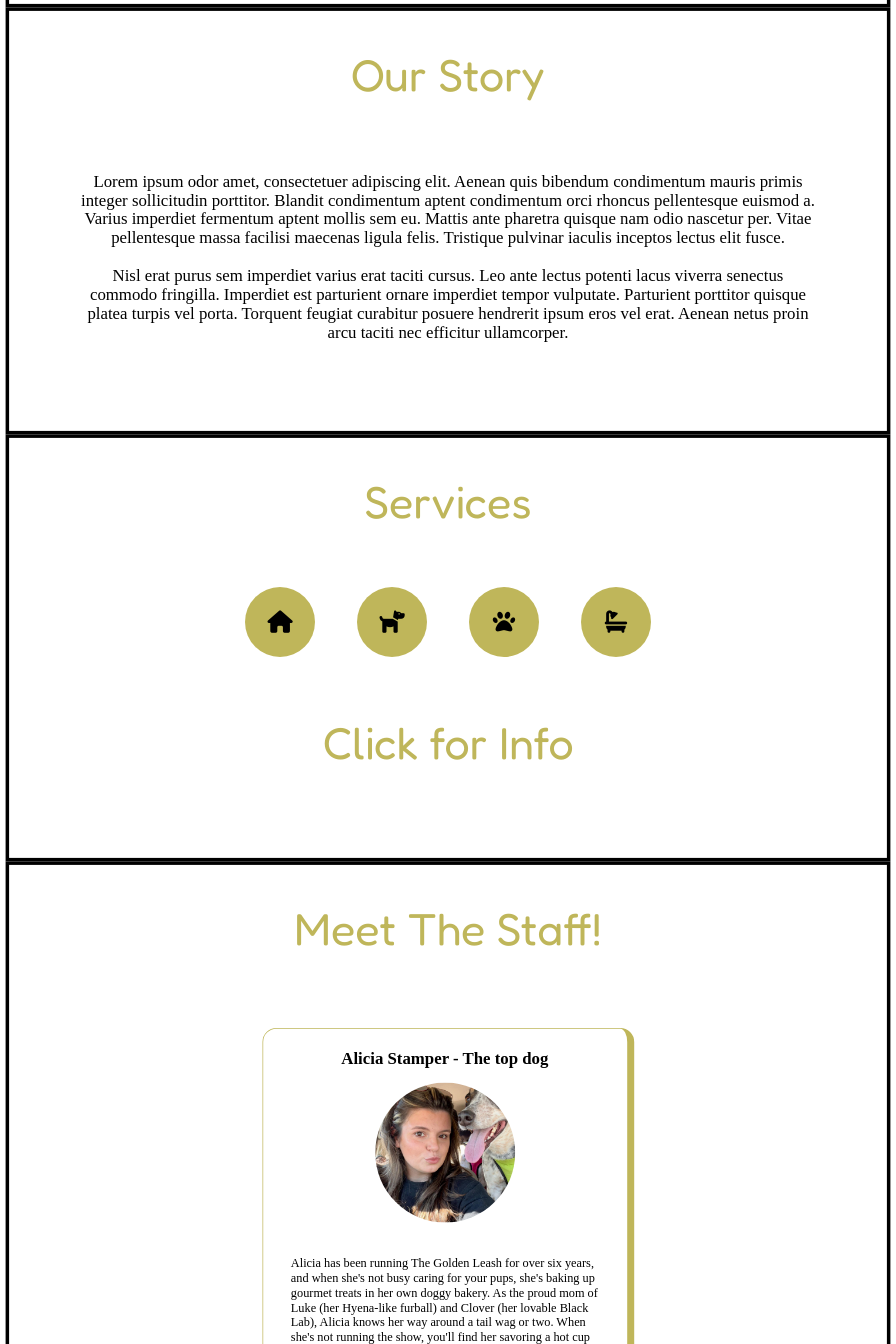
Repository: Aworminator/Thegoldenleash
Page: index.html
An editor plug-in stored every save of this project. The page is shown before and after the next save, followed by the edit.
The browser window is 1280 px wide. The pictures show the part of the page from y = 672 to 2592 px (the page is 5964 px tall), at 70% of full size.

Above is the page before, as saved 2025-07-13 09:38:28.

### index.html
<!DOCTYPE html>
<html lang="en">
  <head>
    <meta charset="UTF-8" />
    <meta name="viewport" content="width=device-width, initial-scale=1.0" />
    <title>The Golden Leash</title>
    <link
      rel="stylesheet"
      href="https://cdnjs.cloudflare.com/ajax/libs/font-awesome/6.5.0/css/all.min.css"
      integrity="sha512-..."
      crossorigin="anonymous"
      referrerpolicy="no-referrer"
    />
    <link rel="stylesheet" href="style.css" />
    <link rel="preconnect" href="https://fonts.googleapis.com" />
    <link rel="preconnect" href="https://fonts.gstatic.com" crossorigin />
    <link
      href="https://fonts.googleapis.com/css2?family=Fredoka:wght@300..700&display=swap"
      rel="stylesheet"
    />

    <!-- Everything is great. Look up ideas on how to make everything else translate
    with media query. The logo is fixed, however, other things get messed up after
    the resolution hits a certain point. Figure out how to fix that next. -->
  </head>
  <body>
    <section class="home-page">
      <div class="image-container">
        <div>
          <img src="./Images/GoldenLeashLogo No Nose.png" class="logo" />
        </div>

        <ul class="list">
          <li class="story">Our Story</li>
          <li>Services</li>
          <li>Contact Us</li>
        </ul>
      </div>
    </section>

    <section class="our-story">
      <h1>Our Story</h1>
      <p class="story-info">
        Lorem ipsum odor amet, consectetuer adipiscing elit. Aenean quis
        bibendum condimentum mauris primis integer sollicitudin porttitor.
        Blandit condimentum aptent condimentum orci rhoncus pellentesque euismod
        a. Varius imperdiet fermentum aptent mollis sem eu. Mattis ante pharetra
        quisque nam odio nascetur per. Vitae pellentesque massa facilisi
        maecenas ligula felis. Tristique pulvinar iaculis inceptos lectus elit
        fusce. <br /><br />
        Nisl erat purus sem imperdiet varius erat taciti cursus. Leo ante lectus
        potenti lacus viverra senectus commodo fringilla. Imperdiet est
        parturient ornare imperdiet tempor vulputate. Parturient porttitor
        quisque platea turpis vel porta. Torquent feugiat curabitur posuere
        hendrerit ipsum eros vel erat. Aenean netus proin arcu taciti nec
        efficitur ullamcorper.
      </p>
    </section>

    <section class="services">
      <h1>Services</h1>
      <div class="icon-container">
        <i class="fa-solid fa-house" id="icon"></i>
        <i class="fa-solid fa-dog" id="icon"></i>
        <i class="fa-solid fa-paw" id="icon"></i>
        <i class="fa-solid fa-bath" id="icon"></i>
      </div>
      <h1>Click for Info</h1>
      <p class="service-info">
        At The Golden Leash, we bring personalized care directly to you! Our
        team will stop by to check on your dog and take them for a walk tailored
        to their needs. Each walk typically lasts around 45 minutes, giving your
        pup plenty of exercise and attention. <br /><br />
        Your dog's safety and well-being are our top priorities. That’s why we
        monitor the weather closely, ensuring your furry friend isn’t exposed to
        unsafe conditions. We avoid walks in temperatures below 28°F, and during
        extreme heat, we’ll adjust walk times to protect your dog’s paws from
        hot sidewalks. Because your dog deserves the very best care—rain, shine,
        or snow!
      </p>
    </section>

    <section class="staff">
      <h1>Meet The Staff!</h1>
      <div id="staff-cards"></div>
    </section>

    <section class="contact">
      <h1>Contact Us</h1>
      <form class="contact-form">
        <div class="form-group">
          <label for="name">Name</label>
          <input type="text" id="name" name="name" required />
        </div>
        <div class="form-group">
          <label for="email">Email</label>
          <input type="email" id="email" name="email" required />
        </div>
        <div class="form-group">
          <label for="message">Message</label>
          <textarea id="message" name="message" rows="5" required></textarea>
        </div>
        <button type="submit" class="contact-btn">Send Message</button>
      </form>
    </section>
    <script src="script.js"></script>
  </body>
</html>

### style.css
h1 {
  font-family: "Fredoka", serif;
  font-optical-sizing: auto;
  font-weight: 400; /* Replace <weight> with a valid value */
  font-style: normal;
  color: #bfb65a;
  font-variation-settings: "wdth" 100;
  text-align: center;
  font-size: 4em;
}

h2 {
  text-align: center;
}

.image-container {
  display: flex;
  flex-direction: row;
  justify-content: space-around;
}

.home-page {
  border: black solid 5px;
  min-height: 50vh;
}

.services,
.staff,
.contact,
.our-story {
  border: black solid 5px;
  min-height: 600px;
}

.logo {
  width: 100%;
  max-width: 600px; /* or whatever the largest size you want */
  height: auto;
  display: block;
}

.list {
  font-size: 3em;
  padding: 50px;
}

li {
  font-family: "Fredoka", serif;
  font-optical-sizing: auto;
  font-weight: 400; /* Replace <weight> with a valid value */
  font-style: normal;
  color: #bfb65a;
  font-variation-settings: "wdth" 100;
  font-size: 1.3em;
  margin-bottom: 80px;
  text-shadow: 3px 3px 0px rgba(191, 183, 90, 0.336),
    0 0 16px rgba(191, 182, 90, 0.25);
}

.icon-container {
  display: flex;
  justify-content: center;
}

#icon {
  background-color: #bfb65a;
  height: 100px;
  width: 100px;
  border-radius: 50%;
  display: flex;
  justify-content: center;
  align-items: center;
  font-size: 2em;
  margin: 30px;
}

#icon:hover {
  transform: scale(1.1);
  transition: transform 0.2s;
}

#icon:active {
  transform: scale(0.9);
  transition: transform 0.2s;
}

.service-info,
.story-info {
  text-align: center;
  font-size: 1.5rem;
  margin: 100px;
}

.service-info {
  display: none;
  background-color: rgb(182, 182, 182);
  border-radius: 10px;
  padding: 5px;
  animation: slide-fwd-tr 1.3s cubic-bezier(0.25, 0.46, 0.45, 0.94) both;
}

.card {
  min-height: 500px;
  width: 500px;
  border: none;
  border-bottom: 10px solid #bfb65a;
  border-right: 10px solid #bfb65a;
  border-top: 1px solid #bfb65a;
  border-left: 1px solid #bfb65a;
  border-radius: 20px;
  display: flex;
  flex-direction: column;
  justify-content: center;
  align-items: center;
  margin: 50px;
  padding: 10px;
}

.profile-pic {
  height: 200px;
  border-radius: 50%;
  object-fit: cover;
  object-position: top;
  width: 200px;
}

.profile-pic:hover {
  transform: scale(1.15);
  transition: transform 0.2s;
}

#staff-cards {
  display: flex;
  flex-direction: row;
  flex-wrap: wrap;
  align-items: center;
  justify-content: space-around;
}

.staff-info {
  padding: 30px;
  font-size: 1.1em;
}

@keyframes slide-fwd-tr {
  0% {
    opacity: 0%;
    transform: translateZ(180px) translateY(120px) translateX(-120px);
  }
  100% {
    opacity: 100%;
    transform: translateZ(0px) translateY(0px) translateX(0px);
  }
}

@media (max-width: 900px) {
  .image-container {
    flex-direction: column;
    align-items: center;
  }

  .info {
    font-size: 1em;
  }

  .staff-info {
    font-size: 1.2em;
    overflow: visible;
    padding: 10px;
  }

  .card {
    height: 550px;
  }

  h1 {
    font-size: 2.5em;
  }

  h2 {
    font-size: 1.2em;
    padding: 5px;
  }

  #icon {
  }
}

@media (max-width: 600px) {
  .contact-form {
    padding: 18px 8px 14px 8px;
    max-width: 95vw;
  }
}

/* Contact Form Styles */
.contact-form {
  max-width: 500px;
  margin: 40px auto 0 auto;
  border-radius: 16px;
  box-shadow: 0 4px 24px rgba(191, 182, 90, 0.15);
  padding: 32px 28px 24px 28px;
  display: flex;
  flex-direction: column;
  gap: 18px;
}
.form-group {
  display: flex;
  flex-direction: column;
  gap: 6px;
}
.contact-form label {
  font-size: 1.1em;
  color: black;
  font-weight: 600;
  margin-bottom: 2px;
}
.contact-form input,
.contact-form textarea {
  padding: 10px 12px;
  border: 1.5px solid black;
  border-radius: 8px;
  font-size: 1em;
  font-family: inherit;
  transition: border 0.2s;
}
.contact-form input:focus,
.contact-form textarea:focus {
  outline: none;
  border: 2px solid black;
}
.contact-btn {
  background: #bfb65a;
  color: #fff;
  border: none;
  border-radius: 8px;
  padding: 12px 0;
  font-size: 1.1em;
  font-weight: 700;
  cursor: pointer;
  margin-top: 10px;
  box-shadow: 0 2px 8px rgba(191, 182, 90, 0.12);
  transition: background 0.2s, transform 0.2s;
}
.contact-btn:hover {
  background: #a49e4a;
  transform: translateY(-2px) scale(1.03);
}

### script.js
const staffMembers = [
  {
    name: "Alicia Stamper",
    title: "The top dog",
    image: "./Images/Staff Pictures/Alicia TGL Picture.jpg",
    info: "Alicia has been running The Golden Leash for over six years, and when she's not busy caring for your pups, she's baking up gourmet treats in her own doggy bakery. As the proud mom of Luke (her Hyena-like furball) and Clover (her lovable Black Lab), Alicia knows her way around a tail wag or two. When she's not running the show, you'll find her savoring a hot cup of tea, surrounded by friends and family, and enjoying a well-deserved Saturday chill session.",
  },
  {
    name: "Toni Garnica",
    title: "The partner in paws",
    image: "./Images/Staff Pictures/Toni TGL Picture.jpg",
    info: "Toni joined forces with Alicia in 2020 to make The Golden Leash the bark-tastic business it is today. She's happily married to Alec Garnica, her husband and fellow adventurer, and together they parents of : Obi (their devoted German Shepherd) and their mischievous feline sons, Po (Tuxedo Cat) and Hopper (Black Cat). Toni's all about loving her people, exploring her creative passions, and walking through life with God by her side—usually with Obi in tow.",
  },
  {
    name: "Brooke Edwards",
    title: "The Ball of Energy",
    image: "./Images/Staff Pictures/Brooke TGL Picture.jpg",
    info: "Since 2021, Brooke has been bringing boundless enthusiasm to The Golden Leash team. Happily married to her husband, Elijah, Brooke is also the proud mom of Sadie, her adorable Doodle, who's got the fluffiest tail wag around. Whether it's playing with the pups or brightening everyone's day, Brooke's energy is as contagious as Sadie's zoomies.",
  },
  {
    name: "Carolyn Lesko",
    title: "The Wildcard",
    image: "./Images/Staff Pictures/Carolyn TGL Picture.jpg",
    info: "Carolyn is the undisputed wildcard of The Golden Leash crew. Whether she's quoting tik tok meme's, playing a mean game of Gang Beasts on her days off, or keeping things exciting, Carolyn keeps us all on our toes. She's the proud mom of her dog (to be named and praised at a later date). Fun fact: Carolyn is allergic to grass and being on time.",
  },
  {
    name: "Lisa",
    title: "The Backbone of the pack",
    image: "./Images/Staff Pictures/Lisa and rip Van Winkle.png",
    info: "Lisa is the kind of hard worker who makes everything run like clockwork at The Golden Leash. With her unmatched dedication and a can-do attitude, she's the go-to person for getting things done. Whether it's caring for pups, organizing schedules, or simply being awesome, Lisa brings a level of expertise and warmth that every team dreams of having. We're lucky to have her!",
  },
];

const house = document.querySelector(".fa-house");
const serviceInfo = document.querySelector(".service-info");
const service = document.querySelector(".services");
const staffCards = document.querySelector("#staff-cards");

house.addEventListener("click", () => {
  serviceInfo.style.display = "block";
  serviceInfo.scrollIntoView({ behavior: "smooth" });
});

staffMembers.forEach((person) => {
  const newCard = document.createElement("div");
  newCard.classList.add("card");
  newCard.innerHTML = `<h2>${person.name} - ${person.title}</h2>
          <img
            src="${person.image}"
            alt="${person.name} Profile-Pic"
            class="profile-pic"
          />
          <p class="staff-info">
            ${person.info}
          </p>`;
  staffCards.appendChild(newCard);
});

After the next save:
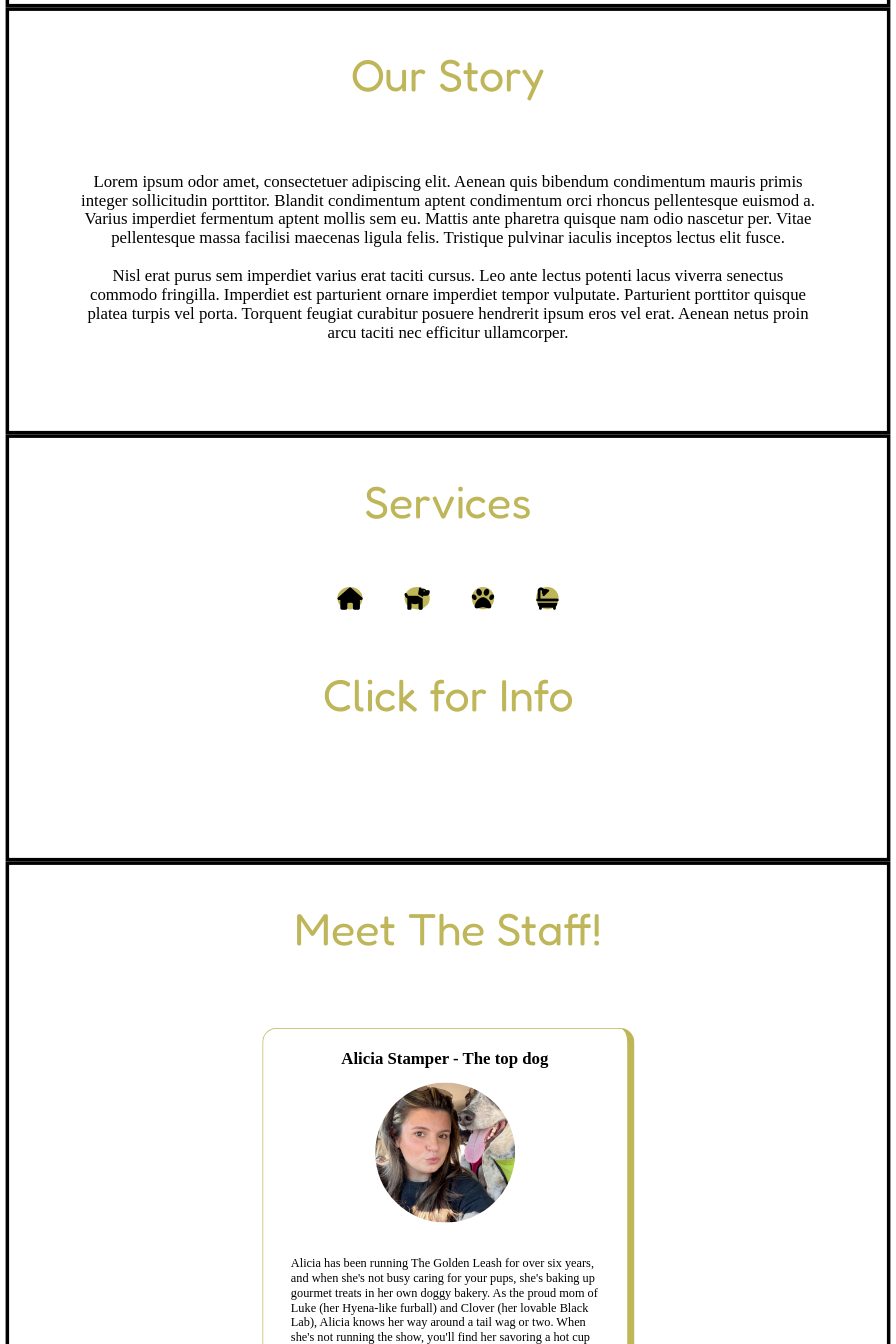
Saved 56 s later.
--- a/style.css
+++ b/style.css
@@ -64,8 +64,8 @@
 
 #icon {
   background-color: #bfb65a;
-  height: 100px;
-  width: 100px;
+  max-height: 300px;
+  max-width: 300px;
   border-radius: 50%;
   display: flex;
   justify-content: center;

After the save that followed:
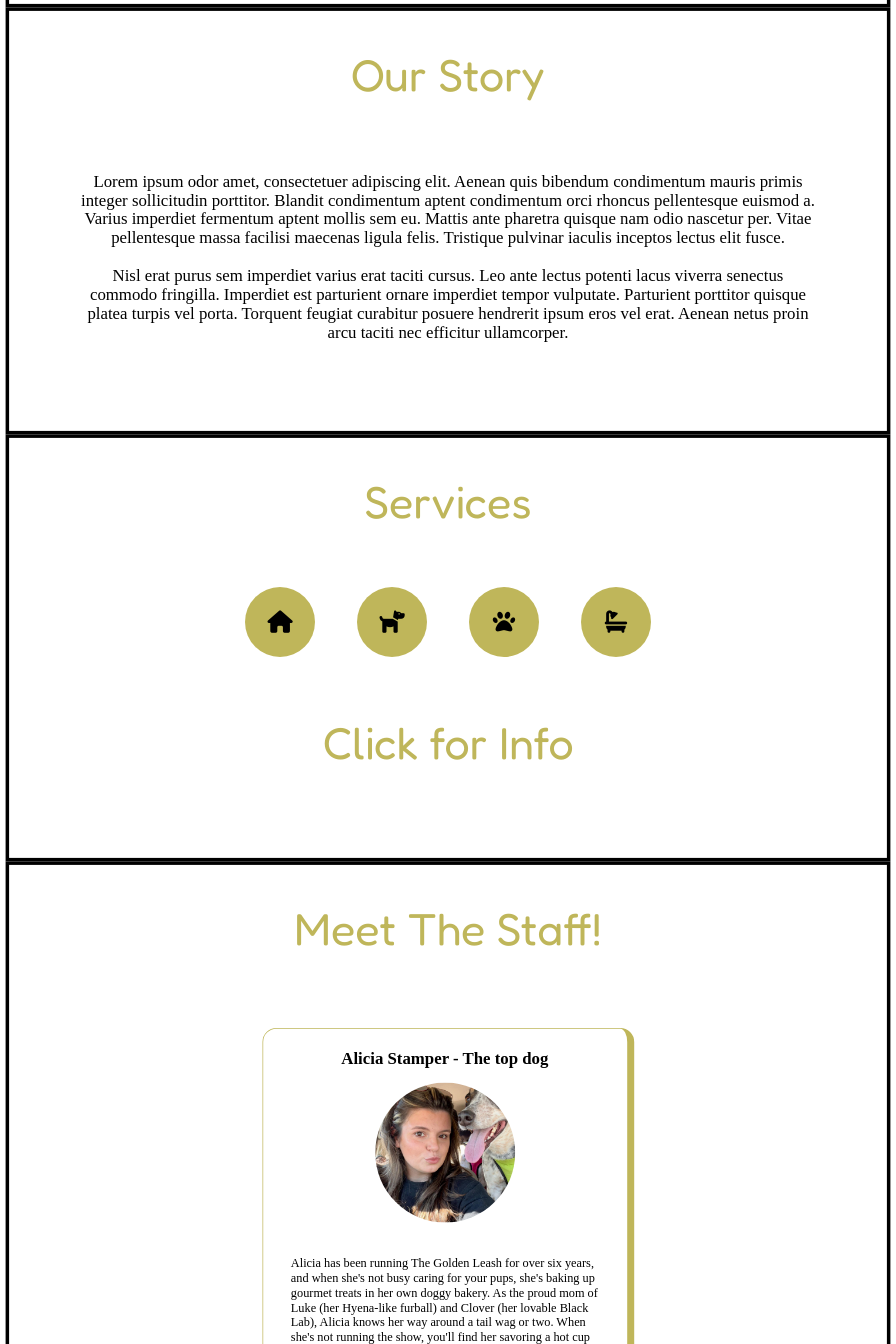
Saved 24 s later.
--- a/style.css
+++ b/style.css
@@ -64,8 +64,8 @@
 
 #icon {
   background-color: #bfb65a;
-  max-height: 300px;
-  max-width: 300px;
+  height: 100px;
+  width: 100px;
   border-radius: 50%;
   display: flex;
   justify-content: center;
